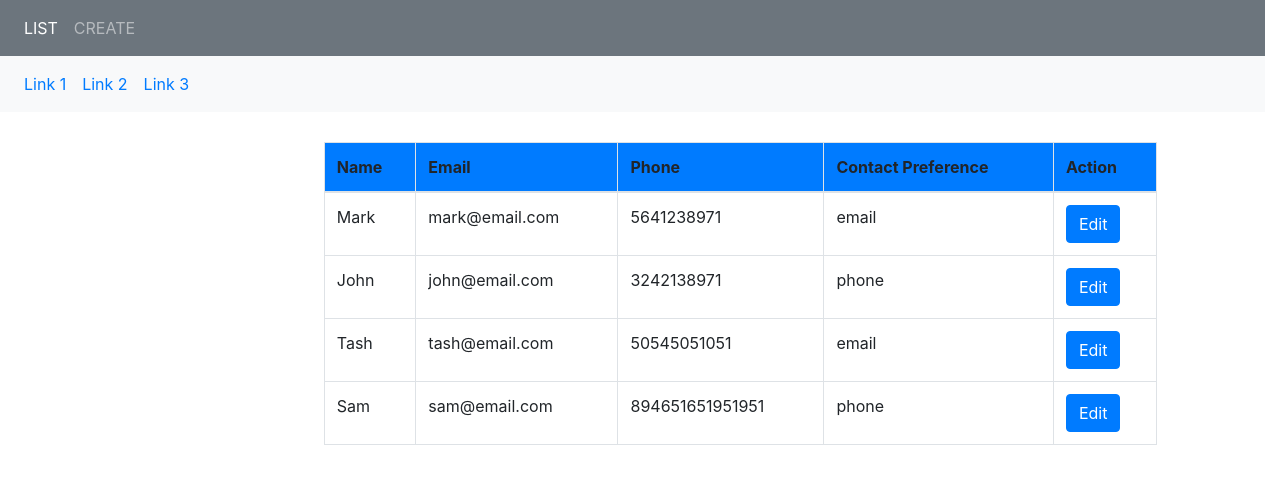
Repository: hanumanthnbalu/NG_FORMS
Page: /
An editor plug-in stored every save of this project. The page is shown before and after the next save, followed by the edit.
The browser window is 1280 px wide. The pictures show the whole page.
Some web libraries are served in a nearby version. The project was rebuilt for these pictures with package versions that can differ from the ones it lists, and the page was loaded fresh each time. Requests to the local data server were answered from the project's data file. Also part of the build but not shown: angular.json, src/app/not-found/not-found.component.ts, src/app/forms/create-employee/create-employeecomponent.ts.

Above is the page before, as saved 2019-09-25 22:09:57.

### src/index.html
<!doctype html>
<html lang="en">

<head>
  <meta charset="utf-8">
  <title>HNBALU</title>
  <base href="/">
  <link rel="stylesheet" href="https://maxcdn.bootstrapcdn.com/bootstrap/4.0.0/css/bootstrap.min.css"
    integrity="sha384-Gn5384xqQ1aoWXA+058RXPxPg6fy4IWvTNh0E263XmFcJlSAwiGgFAW/dAiS6JXm" crossorigin="anonymous">

  <meta name="viewport" content="width=device-width, initial-scale=1">
  <link rel="icon" type="image/x-icon" href="favicon.ico">
</head>

<body>
  <app-root></app-root>
  <script src="https://code.jquery.com/jquery-3.2.1.slim.min.js"
    integrity="sha384-KJ3o2DKtIkvYIK3UENzmM7KCkRr/rE9/Qpg6aAZGJwFDMVNA/GpGFF93hXpG5KkN"
    crossorigin="anonymous"></script>
  <script src="https://cdnjs.cloudflare.com/ajax/libs/popper.js/1.12.9/umd/popper.min.js"
    integrity="sha384-ApNbgh9B+Y1QKtv3Rn7W3mgPxhU9K/ScQsAP7hUibX39j7fakFPskvXusvfa0b4Q"
    crossorigin="anonymous"></script>
  <script src="https://maxcdn.bootstrapcdn.com/bootstrap/4.0.0/js/bootstrap.min.js"
    integrity="sha384-JZR6Spejh4U02d8jOt6vLEHfe/JQGiRRSQQxSfFWpi1MquVdAyjUar5+76PVCmYl"
    crossorigin="anonymous"></script>
</body>

</html>

### src/styles.scss
/* You can add global styles to this file, and also import other style files */
input.ng-valid {
	border-left: 5px solid #42a948;
}
.form-control:focus {
	outline: none;
	border-color: none;
	box-shadow: none;
}
.btn-primary.disabled,
.btn-primary:disabled {
	cursor: not-allowed;
}
.collapse:not(.show) {
	display: block !important;
}
input[type='radio'] {
	margin-right: 5px;
}
label {
	margin-bottom: .5rem;
	display: flex !important;
	flex-direction: row;
	align-items: center;
}
.primary:disabled {
	cursor: not-allowed;
}

### src/app/app.module.ts
import { BrowserModule } from '@angular/platform-browser';
import { NgModule, Component } from '@angular/core';
import { HttpClientModule } from '@angular/common/http';
import { AppRoutingModule } from './app-routing.module';


import { AppComponent } from './app.component';
import { NotFoundComponent } from './not-found/not-found.component';
import { HeaderComponent } from './header/header.component';
import { FormsModule, ReactiveFormsModule } from '@angular/forms';
import { ListEmployeeComponent } from './forms/list-employee/list-employee.component';
import { EmployeeService } from './forms/employee.service';
import { CreateEmployeeComponent } from './forms/create-employee/create-employeecomponent';

@NgModule({
	declarations: [
		AppComponent,
		HeaderComponent,
    NotFoundComponent,
    ListEmployeeComponent,
    CreateEmployeeComponent
	],
  imports: [ BrowserModule,
             FormsModule,
             HttpClientModule,
             AppRoutingModule,
             ReactiveFormsModule ],
	providers: [ EmployeeService ],
	bootstrap: [ AppComponent ]
})
export class AppModule {}

### src/app/app-routing.module.ts
import { RouterModule } from '@angular/router';
import { NgModule } from '@angular/core';

import { NotFoundComponent } from './not-found/not-found.component';
import { ListEmployeeComponent } from './forms/list-employee/list-employee.component';
import { CreateEmployeeComponent } from './forms/create-employee/create-employeecomponent';

const route = [
  { path: '', redirectTo: '/list-employees', pathMatch: 'full' },
  { path: 'list-employees', component: ListEmployeeComponent },
  { path: 'create-employees', component: CreateEmployeeComponent },
  { path: 'edit/:id', component: CreateEmployeeComponent },
	{ path: '**', component: NotFoundComponent }
];

@NgModule({
	imports: [ RouterModule.forRoot(route) ],
	exports: [ RouterModule ]
})
export class AppRoutingModule {}

### src/app/app.component.ts
import { Component ,OnInit} from '@angular/core';
@Component({
  selector: 'app-root',
  templateUrl: './app.component.html',
  styleUrls: ['./app.component.css']
})
export class AppComponent implements OnInit {
  title = 'app';
  constructor() {}
  ngOnInit() {
  }
}

### src/app/forms/list-employee/list-employee.component.ts
import { Component, OnInit } from '@angular/core';
import { EmployeeService } from '../employee.service';
import { IEmployee } from '../IEmployee';
import { Router } from '@angular/router';

@Component({
  selector: 'app-list-employee',
  templateUrl: './list-employee.component.html',
  styleUrls: ['./list-employee.component.scss']
})
export class ListEmployeeComponent implements OnInit {
  employees: IEmployee[];
  constructor(private employeeService: EmployeeService, private router: Router) { }

  ngOnInit() {
    this.employeeService.getEmployees().subscribe(
      (listEmployees) => this.employees = listEmployees,
      (err) => console.log(err)
    )
  }
  editButtonClick(employeeId: number) {
    this.router.navigate(['/edit', employeeId]);
  }

}

### src/app/forms/employee.service.ts
import { Injectable } from '@angular/core';
import { IEmployee } from './IEmployee';
import { HttpClient, HttpErrorResponse, HttpHeaders } from '@angular/common/http';

import { Observable, throwError } from 'rxjs';
import { catchError } from 'rxjs/operators';

@Injectable()
export class EmployeeService {
    baseUrl = 'http://localhost:3000/employees';
    constructor(private httpClient: HttpClient) {
    }

    getEmployees(): Observable<IEmployee[]> {
        return this.httpClient.get<IEmployee[]>(this.baseUrl)
            .pipe(catchError(this.handleError));
    }

    private handleError(errorResponse: HttpErrorResponse) {
        if (errorResponse.error instanceof ErrorEvent) {
            console.error('Client Side Error :', errorResponse.error.message);
        } else {
            console.error('Server Side Error :', errorResponse);
        }
        return throwError('There is a problem with the service. We are notified & working on it. Please try again later.');
    }

    getEmployee(id: number): Observable<IEmployee> {
        return this.httpClient.get<IEmployee>(`${this.baseUrl}/${id}`)
            .pipe(catchError(this.handleError));
    }

    addEmployee(employee: IEmployee): Observable<IEmployee> {
        return this.httpClient.post<IEmployee>(this.baseUrl, employee, {
            headers: new HttpHeaders({
                'Content-Type': 'application/json'
            })
        })
        .pipe(catchError(this.handleError));
    }

    updateEmployee(employee: IEmployee): Observable<void> {
        return this.httpClient.put<void>(`${this.baseUrl}/${employee.id}`, employee, {
            headers: new HttpHeaders({
                'Content-Type': 'application/json'
            })
        })
            .pipe(catchError(this.handleError));
    }

    deleteEmployee(id: number): Observable<void> {
        return this.httpClient.delete<void>(`${this.baseUrl}/${id}`)
            .pipe(catchError(this.handleError));
    }
}

### src/app/app.component.html
<div class="container-fluid" style="padding-left: 0px">
  <app-header></app-header>
  <div class="row">
    <div class="col-md-3 col-xs-12">
    </div>
    <div class="col-md-8 col-xs-12 top-30">
      <router-outlet></router-outlet>
    </div>
  </div>
</div>

### src/app/app.component.css
.top-30 {
	margin-top: 30px;
}

### src/app/header/header.component.html
<nav class="navbar navbar-expand-lg navbar-dark bg-secondary">
  <div class="collapse navbar-collapse" id="navbarSupportedContent">
    <ul class="navbar-nav mr-auto list-unstyled">
      <li class="nav-item">
        <a class="nav-link" routerLinkActive="active" routerLink="list-employees">LIST</a>
      </li><br>
      <li class="nav-item">
        <a class="nav-link" routerLinkActive="active" routerLink="create-employees">CREATE</a>
      </li>
    </ul>
  </div>
</nav>
<nav class="navbar navbar-expand-sm bg-light">

  <!-- Links -->
  <ul class="navbar-nav">
    <li class="nav-item">
      <a class="nav-link" href="#">Link 1</a>
    </li>
    <li class="nav-item">
      <a class="nav-link" href="#">Link 2</a>
    </li>
    <li class="nav-item">
      <a class="nav-link" href="#">Link 3</a>
    </li>
  </ul>

</nav>

### src/app/header/header.component.scss
// ul.navbar-nav.mr-auto.list-unstyled {
// 	display: flex;
// 	flex-direction: column;
// 	height: 100vh;
// 	justify-content: center;
// 	background: #b4abab;
// 	padding: 20px;
// }
// ul.navbar-nav.mr-auto.list-unstyled {
// 	position: fixed;
// }

### src/app/forms/list-employee/list-employee.component.html
<div class="table-responsive">
  <table class="table table-bordered" *ngIf="employees && employees.length">
    <thead>
      <tr class="bg-primary">
        <th>Name</th>
        <th>Email</th>
        <th>Phone</th>
        <th>Contact Preference</th>
        <th>Action</th>
      </tr>
    </thead>
    <tbody>
      <tr *ngFor="let employee of employees">
        <td>{{ employee.fullName }}</td>
        <td>{{ employee.email }}</td>
        <td>{{ employee.phone }}</td>
        <td>{{ employee.contactPreference }}</td>
        <td> <button class="btn btn-primary" (click)="editButtonClick(employee.id)">Edit</button> </td>
      </tr>
    </tbody>
  </table>
</div>

### db.json
{
	"employees": [
		{
			"id": 1,
			"fullName": "Mark",
			"contactPreference": "email",
			"email": "mark@email.com",
			"phone": "5641238971",
			"skills": [
				{
					"skillName": "C#",
					"experienceInYears": 1,
					"proficiency": "beginner"
				},
				{
					"skillName": "Java",
					"experienceInYears": 2,
					"proficiency": "intermediate"
				}
			]
		},
		{
			"id": 2,
			"fullName": "John",
			"contactPreference": "phone",
			"email": "john@email.com",
			"phone": "3242138971",
			"skills": [
				{
					"skillName": "Angular",
					"experienceInYears": 2,
					"proficiency": "beginner"
				},
				{
					"skillName": "HTML",
					"experienceInYears": 2,
					"proficiency": "intermediate"
				},
				{
					"skillName": "LINQ",
					"experienceInYears": 3,
					"proficiency": "advanced"
				}
			]
		},
		{
			"id": 3,
			"fullName": "Tash",
			"contactPreference": "email",
			"email": "tash@email.com",
			"phone": "50545051051",
			"skills": [
				{
					"skillName": "C#",
					"experienceInYears": 1,
					"proficiency": "beginner"
				},
				{
					"skillName": "Java",
					"experienceInYears": 2,
					"proficiency": "intermediate"
				}
			]
		},
		{
			"id": 4,
			"fullName": "Sam",
			"contactPreference": "phone",
			"email": "sam@email.com",
			"phone": "894651651951951",
			"skills": [
				{
					"skillName": "Angular",
					"experienceInYears": 2,
					"proficiency": "beginner"
				},
				{
					"skillName": "HTML",
					"experienceInYears": 2,
					"proficiency": "intermediate"
				},
				{
					"skillName": "LINQ",
					"experienceInYears": 3,
					"proficiency": "advanced"
				},
				{
					"skillName": "Angular",
					"experienceInYears": 2,
					"proficiency": "beginner"
				},
				{
					"skillName": "HTML",
					"experienceInYears": 2,
					"proficiency": "intermediate"
				},
				{
					"skillName": "LINQ",
					"experienceInYears": 3,
					"proficiency": "advanced"
				}
			]
		}
	]
}

Loaded but not shown: src/main.ts (common file); src/environments/environment.ts (common file); src/app/header/header.component.ts (common file); src/app/forms/list-employee/list-employee.component.scss (no stored copy; drawn as an empty file)

After the next save:
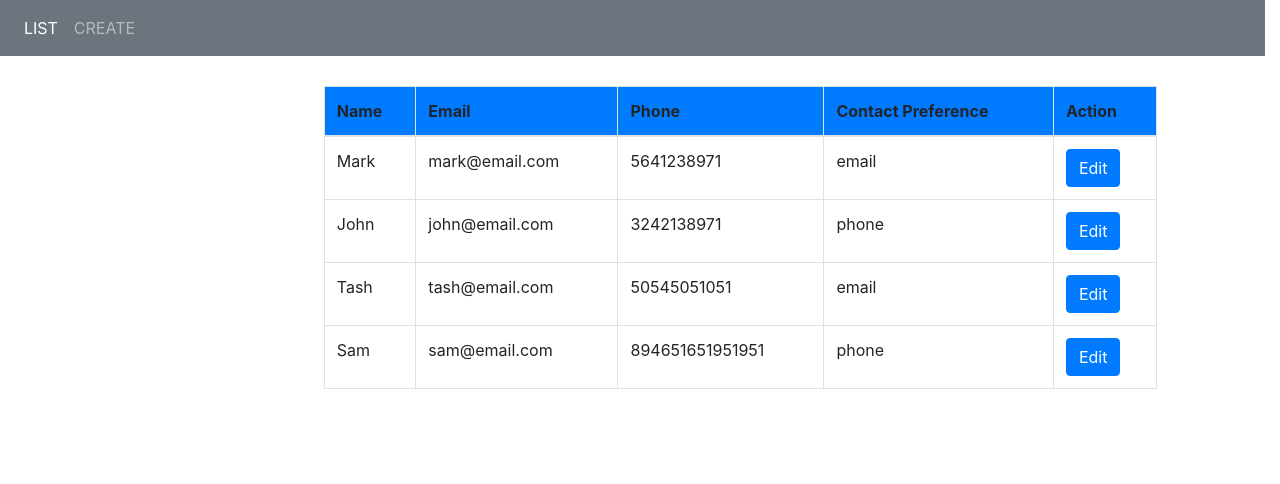
Saved 17 s later.
--- a/src/app/header/header.component.html
+++ b/src/app/header/header.component.html
@@ -10,19 +10,3 @@
     </ul>
   </div>
 </nav>
-<nav class="navbar navbar-expand-sm bg-light">
-
-  <!-- Links -->
-  <ul class="navbar-nav">
-    <li class="nav-item">
-      <a class="nav-link" href="#">Link 1</a>
-    </li>
-    <li class="nav-item">
-      <a class="nav-link" href="#">Link 2</a>
-    </li>
-    <li class="nav-item">
-      <a class="nav-link" href="#">Link 3</a>
-    </li>
-  </ul>
-
-</nav>
